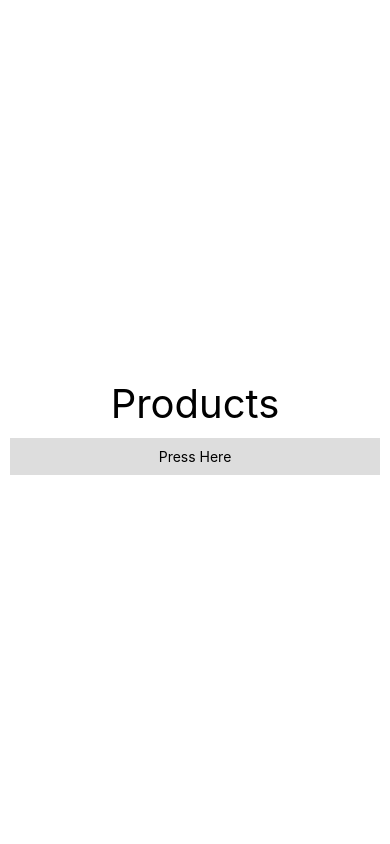
Repository: gatortim50/MyProducts
Screen: /
An editor plug-in stored every save of this project. The screen is shown before and after the next save, followed by the edit.
The page's requests for data from a server got no answer. The app was drawn by React Native's web renderer in a window 390 px wide. The project was rebuilt for these pictures with package versions that can differ from the ones it lists, and the page was loaded fresh each time. No one was signed in, and anything a server would have sent is missing.

Above is the screen before, as saved 2022-12-20 20:57:21.

### index.js
import React from 'react';
import { AppRegistry } from 'react-native';
import App from './src/App';
import { name as appName } from './app.json';
import { store } from './src/store';
import { Provider } from 'react-redux';
import { ApiProvider } from '@reduxjs/toolkit/query/react';
import {productsApi} from './src/features/apiSlice';


AppRegistry.registerComponent(appName, () => () => (
  <React.StrictMode>
    <Provider store={store}>
      <ApiProvider api={productsApi}>
        <App />
      </ApiProvider>
    </Provider>
  </React.StrictMode>
));

### src/App.tsx
import React, { useState } from "react";
import { StyleSheet, Text, TouchableOpacity, View } from "react-native";
import {
  useGetAllProductsQuery,
  useGetProductQuery,
} from './features/apiSlice';

const App = () => {
  const [count, setCount] = useState(0);
  const { data: allProductsData, error, isError, isLoading, } = useGetAllProductsQuery();
  const { data: singleProductData } = useGetProductQuery('iphone');
  console.log('!!',  error, isError, isLoading);

  const onPress = () => {
    setCount(prevCount => prevCount + 1);
    console.log('count:', count);
  }

  const Card = ({ title, showButton }) => (
    <View>
      <Text style={{ fontSize: 40 }}>{title}</Text>
      {showButton &&
        <TouchableOpacity
        style={styles.button}
        onPress={onPress}
        >
        <Text>Press For Products</Text>
      </TouchableOpacity>
      }
    </View>
  )

  return (
    <View style={styles.container}>
      <View style={styles.countContainer}>
        <Card title="Products" showButton={false} />
      </View>
      <TouchableOpacity
        style={styles.button}
        onPress={onPress}
      >
        <Text>Press Here</Text>
      </TouchableOpacity>
    </View>
  );
};

const styles = StyleSheet.create({
  container: {
    flex: 1,
    justifyContent: "center",
    paddingHorizontal: 10
  },
  button: {
    alignItems: "center",
    backgroundColor: "#DDDDDD",
    padding: 10
  },
  countContainer: {
    alignItems: "center",
    padding: 10
  }
});

export default App;

### app.json
{
  "name": "MyUsersApp",
  "displayName": "MyUsersApp"
}

### src/store.ts
import { configureStore, createSlice, PayloadAction } from "@reduxjs/toolkit";
import { productsApi } from "./features/apiSlice";
export const store = configureStore({
  reducer: {
    [productsApi.reducerPath]: productsApi.reducer,
  },
  middleware: (getDefaultMiddleware) =>
  getDefaultMiddleware().concat(productsApi.middleware),
});

### src/features/apiSlice.js
/* React-specific entry point that automatically generates
hooks corresponding to the defined endpoints */
import { createApi, fetchBaseQuery } from '@reduxjs/toolkit/query/react';

export const productsApi = createApi({
  reducerPath: "productsApi",
  baseQuery: fetchBaseQuery({baseUrl: "https://dummyjson.com/"}),
  endpoints: (builder) => ({
    getAllProducts: builder.query({
      query: () => "products",
    }),
    getProduct: builder.query({
      query: (product) => `products/search/q=${product}`,
    }),
  }),
});

export const { useGetAllProductsQuery, useGetProductQuery } = productsApi;

After the next save:
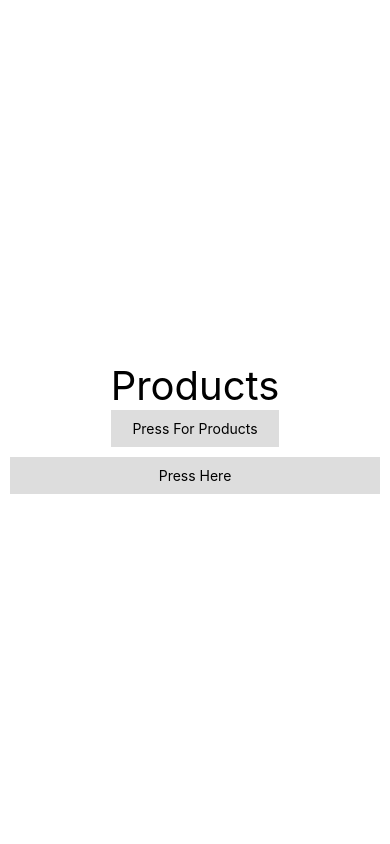
Saved 45 s later.
--- a/src/App.tsx
+++ b/src/App.tsx
@@ -33,7 +33,7 @@
   return (
     <View style={styles.container}>
       <View style={styles.countContainer}>
-        <Card title="Products" showButton={false} />
+        <Card title="Products" showButton={true} />
       </View>
       <TouchableOpacity
         style={styles.button}

After the 2 saves that followed:
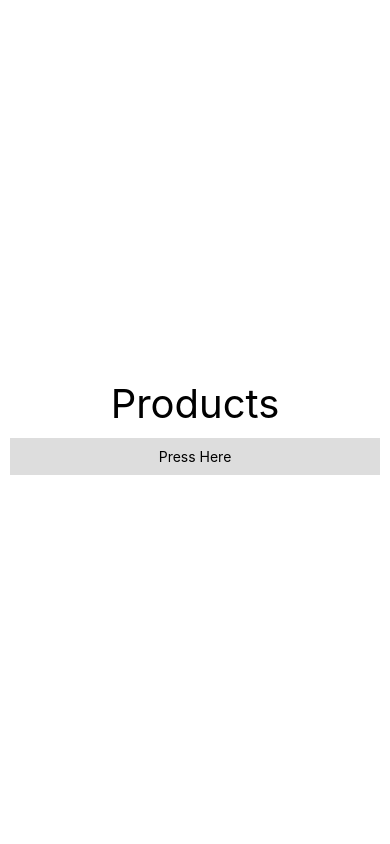
The 2 saves are shown as one change because 1 left the picture as it was.
The last was saved 102 s later.
--- a/src/App.tsx
+++ b/src/App.tsx
@@ -21,8 +21,8 @@
       <Text style={{ fontSize: 40 }}>{title}</Text>
       {showButton &&
         <TouchableOpacity
-        style={styles.button}
-        onPress={onPress}
+          style={styles.button}
+          onPress={onPress}
         >
         <Text>Press For Products</Text>
       </TouchableOpacity>
@@ -33,7 +33,7 @@
   return (
     <View style={styles.container}>
       <View style={styles.countContainer}>
-        <Card title="Products" showButton={true} />
+        <Card title="Products" showButton={false} />
       </View>
       <TouchableOpacity
         style={styles.button}
